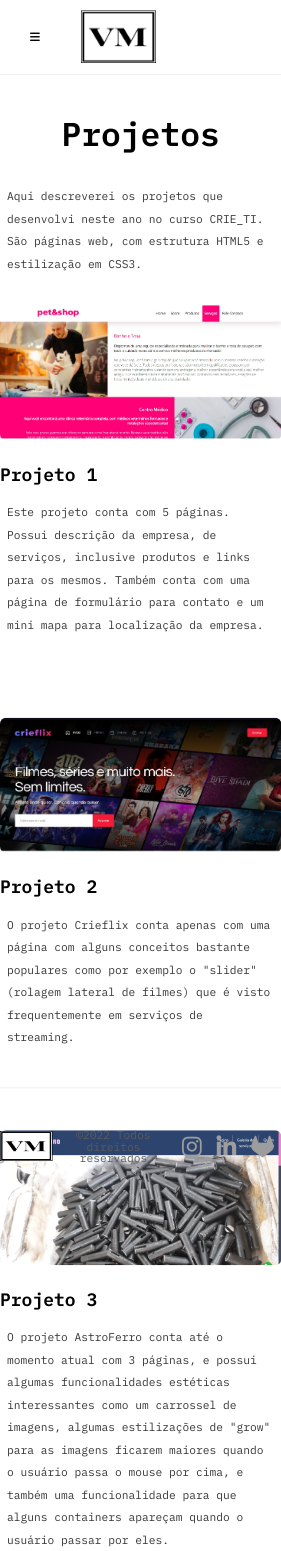
Repository: viictormatias/viictormatias.github.io
Page: projects.html
The author's editor kept a copy of each file at every save. The page is drawn from the files as they stood at one save, then again after the next save.
The browser window is 375 px wide. The pictures show the whole page, at 75% of full size.
Some web libraries are served in a nearby version.

Above is the page before, as saved 2023-02-06 15:41:55.

After the next save:
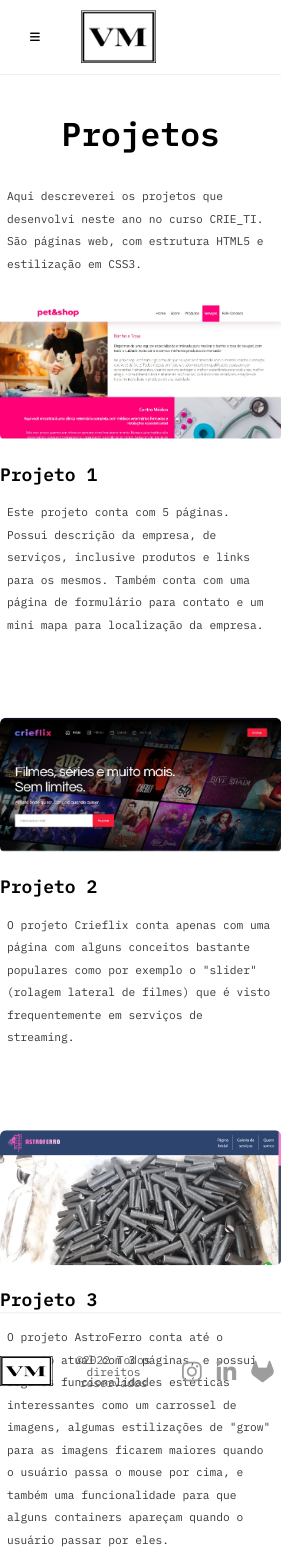
Saved 99 s later.
--- a/styles/layout/footer.css
+++ b/styles/layout/footer.css
@@ -73,7 +73,7 @@
     margin-top: 1100px;
   }
   .footer__projects {
-    margin-top: 1450px;
+    margin-top: 1750px;
     width: 100%;
   }
   }
